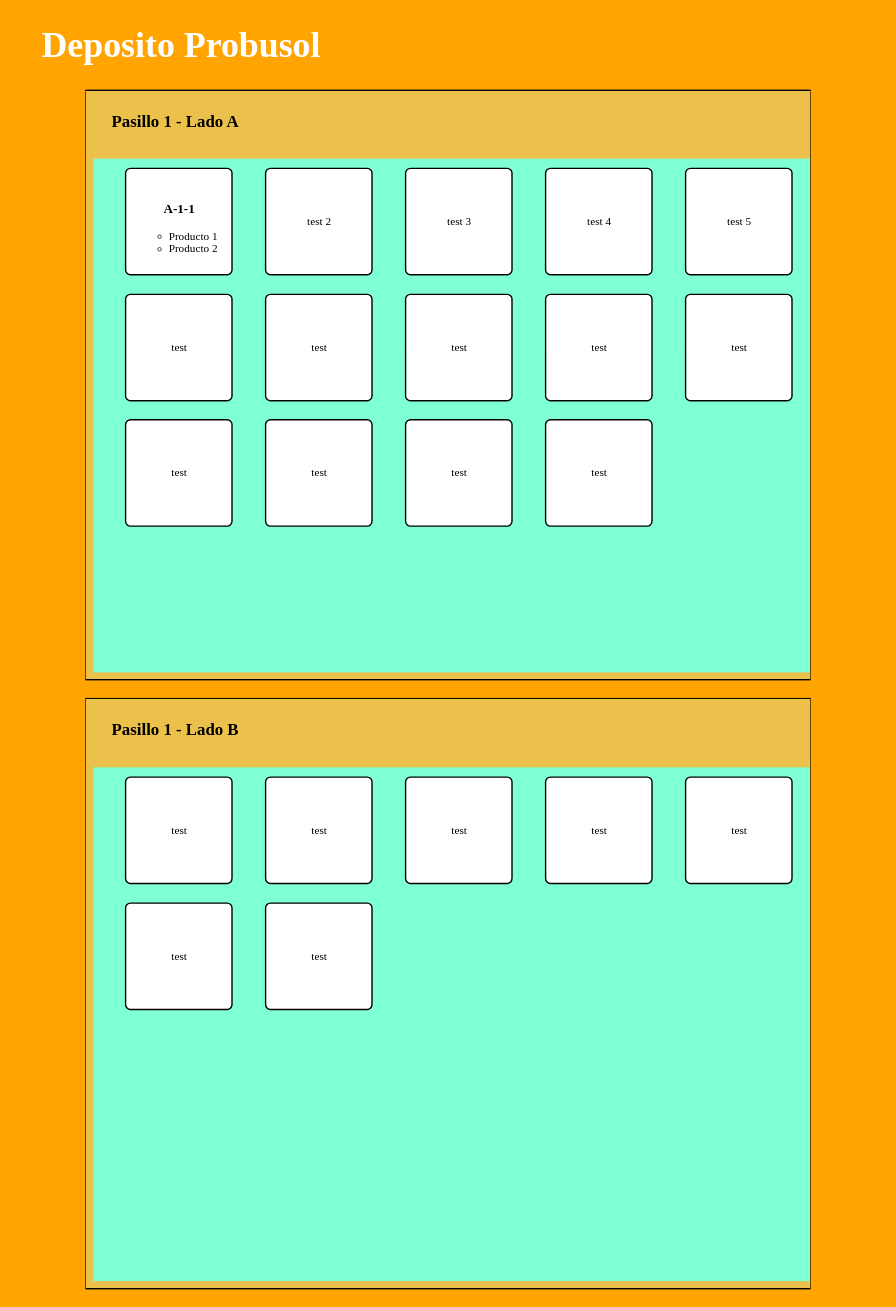
Repository: Franzcod/DepoStock_Web
Page: index.html
The author's editor kept a copy of each file at every save. The page is drawn from the files as they stood at one save, then again after the next save.
The browser window is 1280 px wide. The pictures show the whole page, at 70% of full size.

Above is the page before, as saved 2020-06-07 18:44:40.
Console error: ReferenceError: ur is not defined

### index.html
<!DOCTYPE html>
<html lang="en">
<head>
    <meta charset="UTF-8">
    <meta name="viewport" content="width=device-width, initial-scale=1.0">
    <title>Deposito Probusol</title>

    <link rel="stylesheet" href="estilo/estilo.css">
</head>
<body>

    <div class="titulo">
        <h1>Deposito Probusol</h1>
    </div>


    <div class="app">
        <h2>Pasillo 1 - Lado A</h2>

        <ul class="hs">
            <li class="item">
                <h3 class="tituloPos">A-1-1</h3>
                <ul class="listaProduc">
                    <li class="producto"> Producto 1</li>
                    <li class="producto"> Producto 2</li>
                </ul>
            </li>
            <li class="item">test 2</li>
            <li class="item">test 3</li>
            <li class="item">test 4</li>
            <li class="item">test 5</li>
            <li class="item">test 6</li>
            <li class="item">test 7</li>
            <li class="item">test 8</li>
            <li class="item">test 9</li>
            <li class="item">test</li>
            <li class="item">test</li>
            <li class="item">test</li>
            <li class="item">test</li>
            <li class="item">test</li>
            <li class="item">test</li>
            <li class="item">test</li>
            <li class="item">test</li>
            <li class="item">test</li>
            <li class="item">test</li>
            <li class="item">test</li>
            <li class="item">test</li>
            <li class="item">test</li>
            <li class="item">test</li>
            <li class="item">test</li>

        </ul>

        <!-- <div class="container">
            <div class="item">
            <h3>Block for context</h3>
            </div>
        </div> -->
    </div>

    <div class="app">
        <h2>Pasillo 1 - Lado B</h2>

        <ul class="hs">
            <li class="item">test</li>
            <li class="item">test</li>
            <li class="item">test</li>
            <li class="item">test</li>
            <li class="item">test</li>
            <li class="item">test</li>
            <li class="item">test</li>
            <li class="item">test</li>
            <li class="item">test</li>
            <li class="item">test</li>
            <li class="item">test</li>
            <li class="item">test</li>

        </ul>

        <!-- <div class="container">
            <div class="item">
            <h3>Block for context</h3>
            </div>
        </div> -->
    </div>






    <script>ur</script>

</body>







</html>

### estilo/estilo.css
html{
    background-color: rgba(255, 164, 0, 1);
}

.titulo{
    margin: 2vw 4vw;
    align-items: flex-start;
    color: #fff;
    font-size: 2vw;
}


:root {
--gutter: 20px;
}

.app {
    padding: 10px;
    display: grid;
    grid-gap: var(--gutter) 0;
    border: 2px solid black;
    /* grid-template-columns: var(--gutter) 1fr var(--gutter);  */
    align-content: start;
    width: 80%;
    height: 75%;
    background: rgb(235, 192, 75);
    /* overflow-y: scroll; */
    margin: 2vw auto;
    overflow-x: auto;
}


.hs {
    display: grid;
    grid-template-columns: repeat(10, 1fr);
    grid-template-rows: repeat(4, 1fr);
    overflow-x: auto;
    /* scroll-snap-type: x proximity; */
    padding-bottom: calc(.75 * var(--gutter));

    background-color: aquamarine;
    width: 2000px;

    align-items: center;
    margin: auto;
}

h2{
    margin-left: 2vw;
}


/* li{
    display: flex;
    flex-direction: column;
} */

.item {
    /* scroll-snap-align: center; */
    /* padding: 2px;  */
    display: flex;
    flex-direction: column;
    justify-content: center;
    align-items: center;
    background: #fff;
    border: 2px solid black;
    border-radius: 8px;
    height: 150px;
    width: 150px;
    margin: 1vw 5px;

}

After the next save:
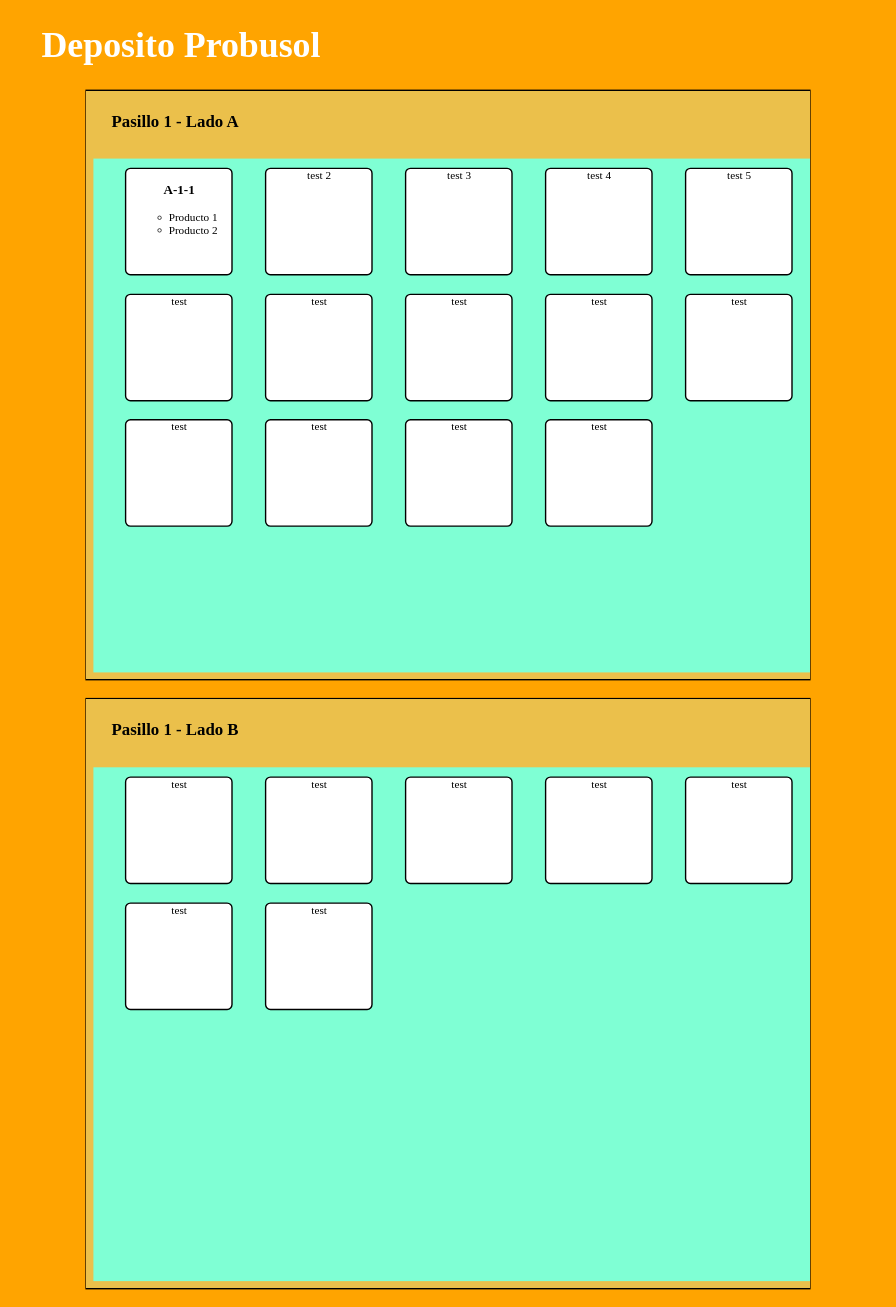
Saved 82 s later.
--- a/estilo/estilo.css
+++ b/estilo/estilo.css
@@ -37,10 +37,8 @@ html{
     overflow-x: auto;
     /* scroll-snap-type: x proximity; */
     padding-bottom: calc(.75 * var(--gutter));
-
     background-color: aquamarine;
     width: 2000px;
-
     align-items: center;
     margin: auto;
 }
@@ -48,7 +46,6 @@ html{
 h2{
     margin-left: 2vw;
 }
-
 
 /* li{
     display: flex;
@@ -60,7 +57,7 @@ h2{
     /* padding: 2px;  */
     display: flex;
     flex-direction: column;
-    justify-content: center;
+    justify-content: start;
     align-items: center;
     background: #fff;
     border: 2px solid black;
